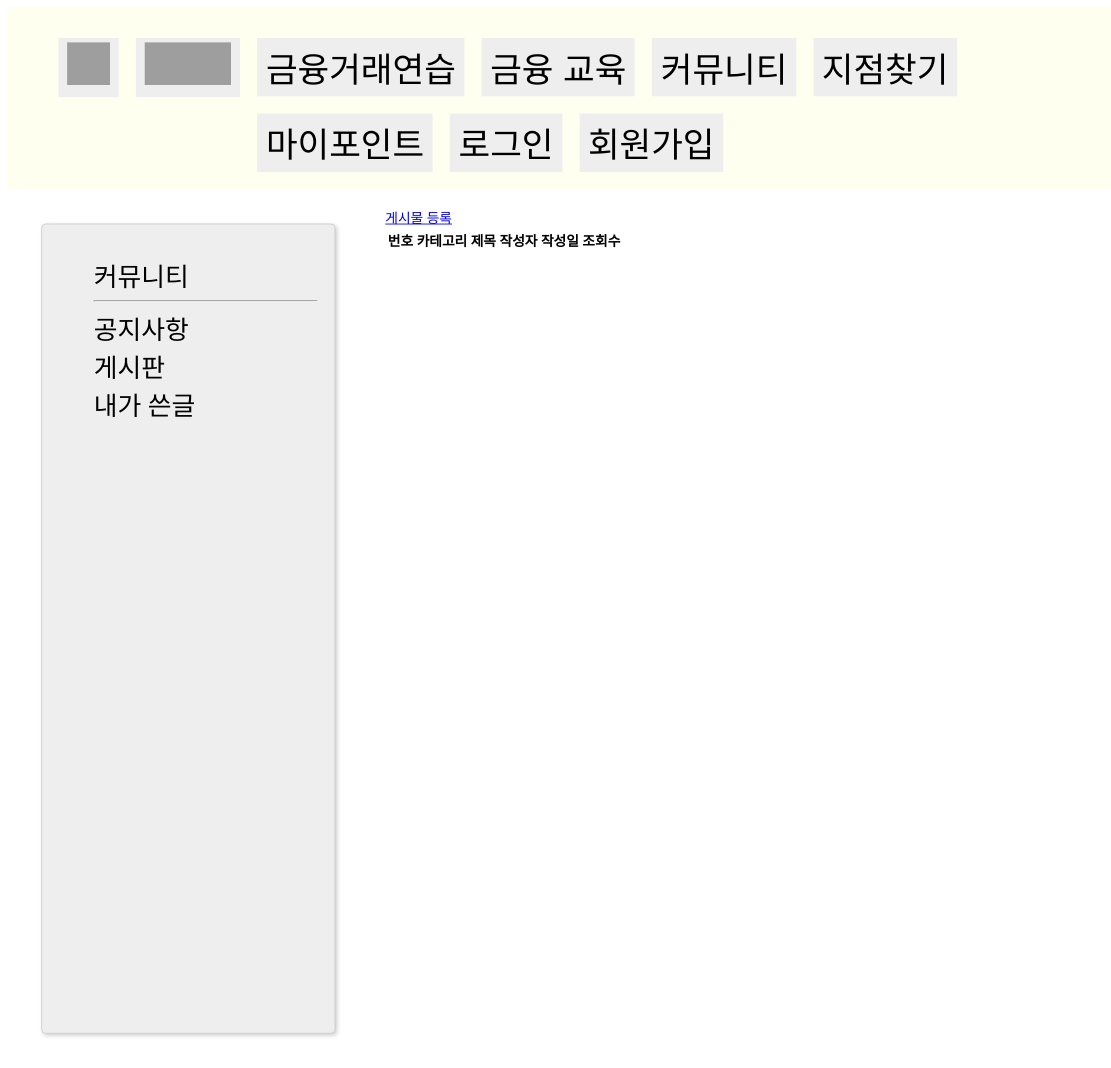
Repository: syc98syc/KB04_TeamProject
Page: http://localhost/jgig/WEB-INF/jsp/board/list.jsp
The author's editor kept a copy of each file at every save. The page is drawn from the files as they stood at one save, then again after the next save.
The browser window is 1280 px wide. The page is 1292 px wide, so the pictures cover 1292 px, including what lies to the right of the window. The pictures show the whole page, at 86% of full size.
Pictures or frames that could not be fetched are drawn as grey boxes. Some web fonts or font styles are not loaded; a fallback is used. The page is served by Tomcat 9. Nobody is signed in. Other server files are loaded and not shown. The template is opened directly, without the code that normally fills it, so the values that code supplies are empty.

Above is the page before, as saved 2023-09-06 05:41:01.

### jgig/src/main/webapp/WEB-INF/jsp/board/list.jsp
<%@ page language="java" contentType="text/html; charset=UTF-8"
    pageEncoding="UTF-8"%>
<%@ taglib uri="http://java.sun.com/jsp/jstl/core" prefix="c" %>
<!DOCTYPE html>
<html>
<head>
<meta charset="UTF-8">
<title>웹게시물 목록</title>
<style>
#content {
 	margin-left: 420px; /* 사이드바 너비 + 여백만큼 오른쪽으로 밀어줍니다. */
    flex-grow: 1; /* 남은 공간을 모두 차지하도록 설정 */
    background-color: #fff; /* 배경색 설정 */
    padding: 20px; /* 내부 여백 설정 */
}
</style>
</head>
<body>
<%@ include file="../include/top_navbar.jsp" %>
<%@ include file="../include/left_navbar.jsp" %>
<div id="content">
	<a href="/board_insert_form">게시물 등록</a> <br>
	<table>
		<tr>
		<th>번호</th>
		<th>카테고리</th>
		<th>제목</th>
		<th>작성자</th>
		<th>작성일</th>
		<th>조회수</th>
		<c:forEach items="${board_list}" var="brd">
		<tr>
			<td>${brd.brd_id }</td>
			<td>${brd.brd_category }</td>
			<td><a href="board_detail?no=${brd.brd_id}">${brd.title}</a></td>
			<td>${brd.mem_id }</td>
			<td>${brd.brd_date_created }</td>
			<td>${brd.brd_view }</td>
		</tr>
		</c:forEach>
	</table>
</div>
</body>
</html>

### jgig/src/main/webapp/WEB-INF/jsp/include/top_navbar.jsp
<%@ page language="java" contentType="text/html; charset=UTF-8"
    pageEncoding="UTF-8"%>
<!DOCTYPE html>
<html>
<head>
<meta charset="UTF-8">
<title>Insert title here</title>
<style>
@import url('https://fonts.googleapis.com/css2?family=Nanum+Gothic:wght@700&display=swap');  /* 글꼴 */

/* 상단 메뉴 스타일 */
        #top-menu {
            background-color: #FFFFF0;
            color: #FFFFF0;
            padding: 10px;
            width: 100%;
             display: flex;
  justify-content: center;
        }


    #img1 {
		width: 7vmin;
		height: 7vmin;
	}


	#img2 {
		width: 14vmin;
		height: 7vmin;
	}

	#top-menu a {
    color: #000; /* 링크 글꼴 색상 설정 */
    text-decoration: none; /* 링크 밑줄 제거 */
}

	#top-menu ul{
		list-style: none;
	}
	#top-menu li{
		font-family: 'Nanum Gothic', sans-serif;
		float: left;
		background: #eee;
		padding:5px 10px;
		font-size: 40px;
		margin: 10px;
	}
</style>
</head>
<body>
	<div id = "top-menu">
		<nav>
				<ul>
					<li><img id="img1" src="resources/img/KB.png"></li>
					<li><img id="img2" src="resources/img/지금입금.png"></li>
					<li class="menu1"><a href="#">금융거래연습</a></li>
					<li class="menu2"><a href="#">금융 교육</a></li>
					<li class="menu3"><a href="#">커뮤니티</a></li>
					<li class="menu4"><a href="#">지점찾기</a></li>
					<li class="menu5"><a href="#">마이포인트</a></li>
					<li class="menu6"><a href="#">로그인</a></li>
					<li class="menu7"><a href="#">회원가입</a></li>
				</ul>
		</nav>
	</div>

</body>
</html>

### jgig/src/main/webapp/WEB-INF/jsp/include/left_navbar.jsp
<%@ page language="java" contentType="text/html; charset=UTF-8"
    pageEncoding="UTF-8"%>
<!DOCTYPE html>
<html>
<head>
<meta charset="UTF-8">
<title>Insert title here</title>
<style>
/* 좌측 사이드바 스타일 */
#sidebar {
    width: 300px; /* 박스 컨테이너의 너비 설정 */
    height: 900px; /* 박스 컨테이너의 높이 설정 */
    background-color: #eee; /* 배경색 설정 */
    color: #000; /* 글꼴 색상 설정 */
    padding: 20px; /* 내부 여백 설정 */
    border: 1px solid #ccc; /* 박스 컨테이너의 테두리 설정 */
    border-radius: 5px; /* 박스 컨테이너의 모서리를 둥글게 설정 */
    box-shadow: 2px 2px 5px rgba(0, 0, 0, 0.2); /* 그림자 효과 추가 */
    line-height: normal;
    display: inline-block;
    vertical-align: middle;
    margin: 40px;
    float: left; /*왼쪽에 떠있게*/
}

/* 좌측 사이드바 링크 스타일 */
#sidebar a {
    color: #000; /* 링크 글꼴 색상 설정 */
    text-decoration: none; /* 링크 밑줄 제거 */
}

/* 좌측 사이드바 링크 호버 스타일 */
#sidebar a:hover {
    text-decoration: underline; /* 호버 상태에서 밑줄 추가 */
}

/* 좌측 사이드바 제목 스타일 */
#sidebar h2 {
    font-size: 24px; /* 제목 글꼴 크기 설정 */
}
	ul{
		list-style: none;
	}
	li{
		display: block; /* 각 <li> 요소를 한 줄에 하나씩 표시 */
		background: #eee;
		font-size: 30px;
	}
</style>
</head>
<body>
	<div id = "sidebar">
		<nav>
				<ul>
					<li>커뮤니티</li> <hr>
					<li class="menu1"><a href="#">공지사항</a></li>
					<li class="menu2"><a href="#">게시판</a></li>
					<li class="menu3"><a href="#">내가 쓴글</a></li>
				</ul>
		</nav>
	</div>

</body>
</html>

After the next save:
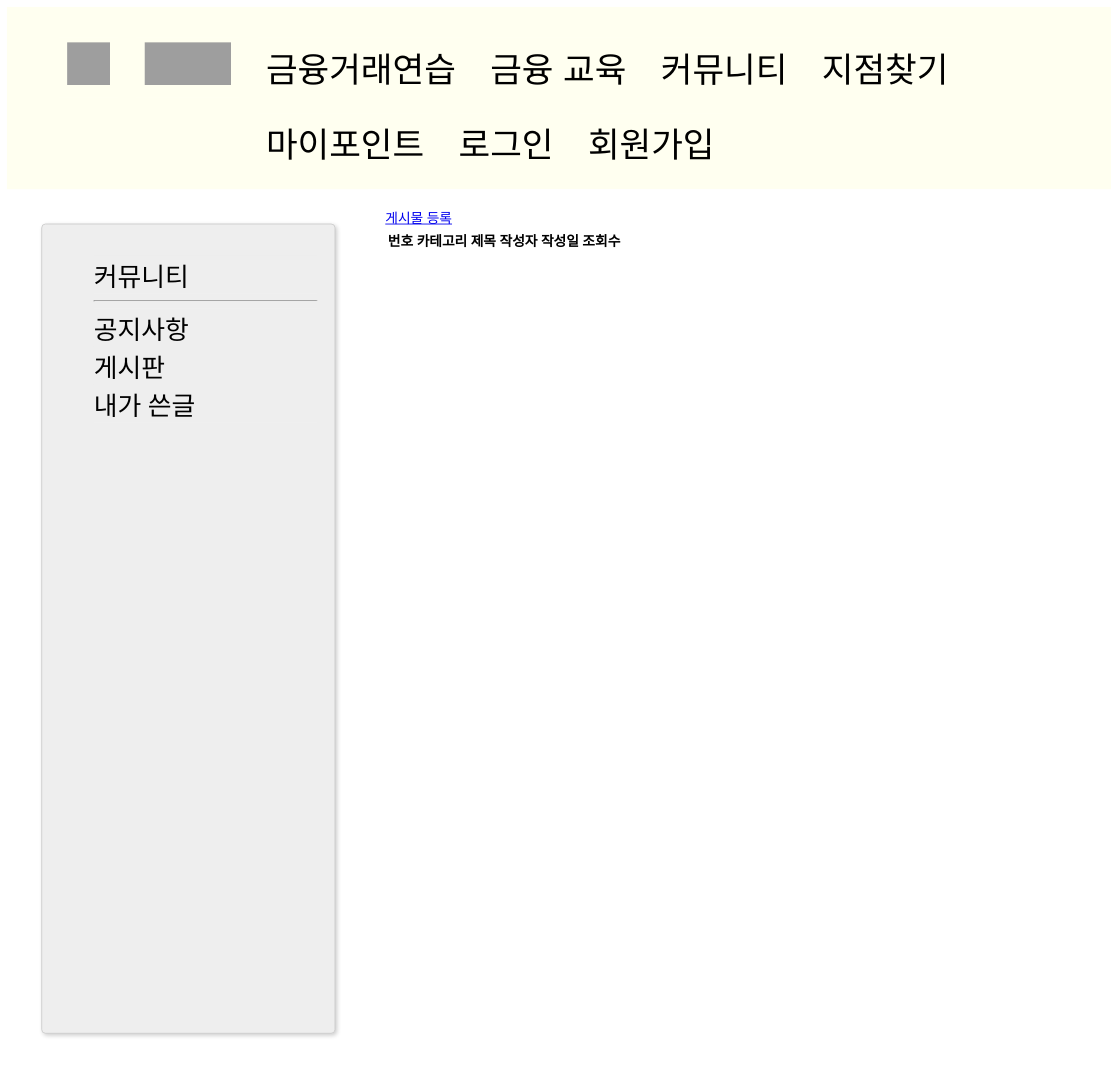
Saved 21 s later.
--- a/jgig/src/main/webapp/WEB-INF/jsp/include/top_navbar.jsp
+++ b/jgig/src/main/webapp/WEB-INF/jsp/include/top_navbar.jsp
@@ -11,7 +11,7 @@
 /* 상단 메뉴 스타일 */
         #top-menu {
             background-color: #FFFFF0;
-            color: #FFFFF0;
+            color: #fff;
             padding: 10px;
             width: 100%;
              display: flex;
@@ -41,7 +41,7 @@
 	#top-menu li{
 		font-family: 'Nanum Gothic', sans-serif;
 		float: left;
-		background: #eee;
+		background: #FFFFF0;
 		padding:5px 10px;
 		font-size: 40px;
 		margin: 10px;
